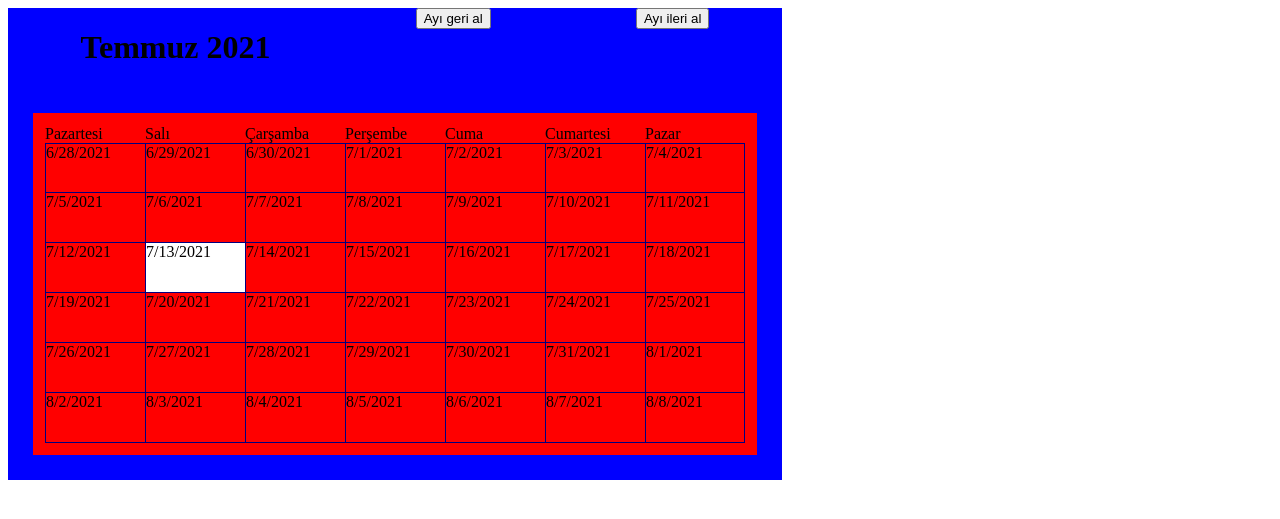
Repository: ahmetbugraozcan/javascript-calendar
Page: tablo.html
An editor plug-in stored every save of this project. The page is shown before and after the next save, followed by the edit.
The browser window is 1280 px wide. The pictures show the whole page.

Above is the page before, as saved 2021-07-13 11:41:32.

After the next save:
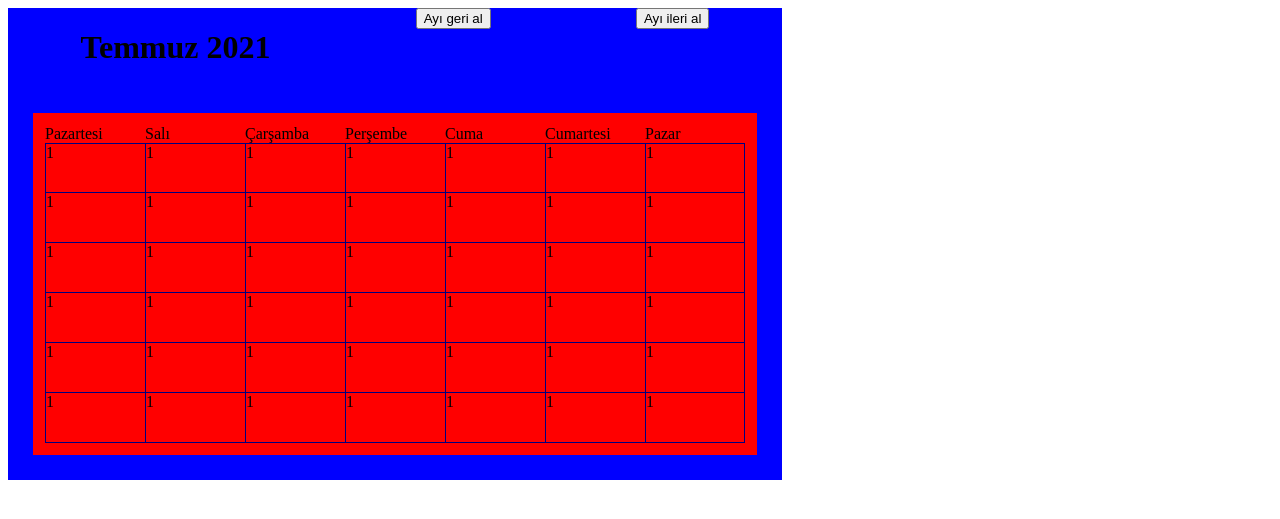
Console error: TypeError: Cannot read properties of undefined (reading '0')
Saved 8 min 10 s later.
--- a/takvim.js
+++ b/takvim.js
@@ -70,7 +70,7 @@
 
     document.getElementById("currentDate").innerHTML = getMonthAsString(currentMonth) + " " + currentYear ;
     for (let i = 0; i < 6; i++) {
-        document.getElementById(`pazar${i}`).innerHTML = pazar[i];
+        document.getElementById(`pazar${i}`).innerHTML = getDayAsString(pazar[i]);
         document.getElementById(`pazartesi${i}`).innerHTML = pazartesi[i];
         document.getElementById(`sali${i}`).innerHTML = sali[i];
         document.getElementById(`carsamba${i}`).innerHTML = carsamba[i];
@@ -135,6 +135,20 @@
 
 
 }
+function getDayAsString(Date){
+    var donulecekString = "";
+    if(Date.toLocaleDateString[0] == 0){
+    }else{
+donulecekString += Date.toLocaleDateString[0];
+    }
+    donulecekString += Date.toLocaleDateString[1];
+    return donulecekString;
+}
+
+
+
+
+
 function getMonthAsString(date){
     switch(date){
         case 0:

After the 2 saves that followed:
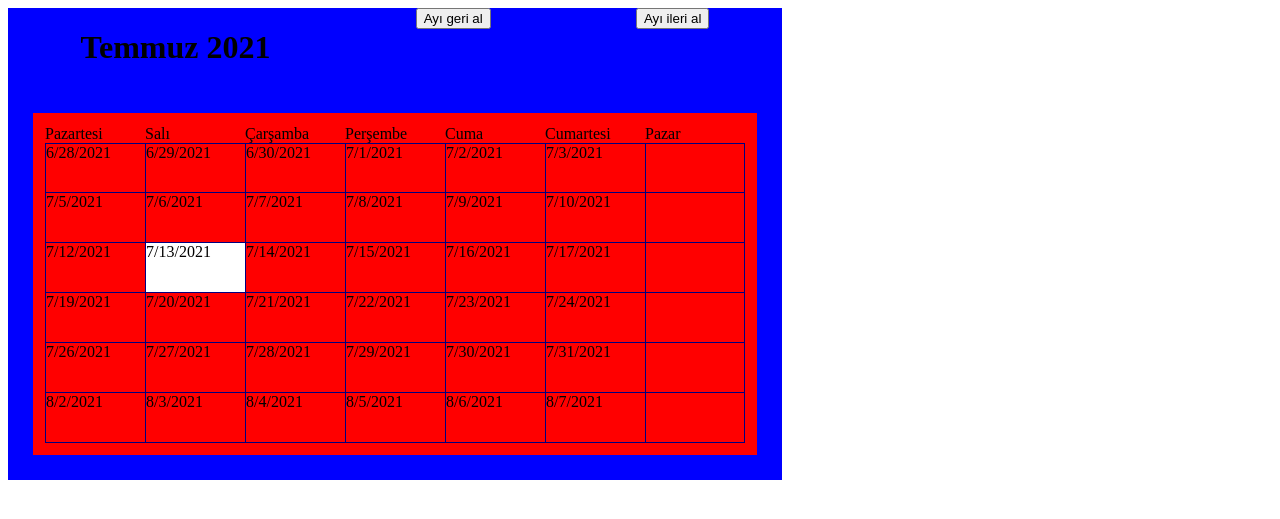
The error is gone.
The 2 saves are shown as one change because 1 left the picture as it was.
The last was saved 66 s later.
--- a/takvim.js
+++ b/takvim.js
@@ -136,12 +136,13 @@
 
 }
 function getDayAsString(Date){
+    console.log(Date);
     var donulecekString = "";
-    if(Date.toLocaleDateString[0] == 0){
-    }else{
-donulecekString += Date.toLocaleDateString[0];
-    }
-    donulecekString += Date.toLocaleDateString[1];
+//     if(Date.toLocaleDateString[0] == 0){
+//     }else{
+// donulecekString += Date.toLocaleDateString[0];
+//     }
+//     donulecekString += Date.toLocaleDateString[1];
     return donulecekString;
 }
 
